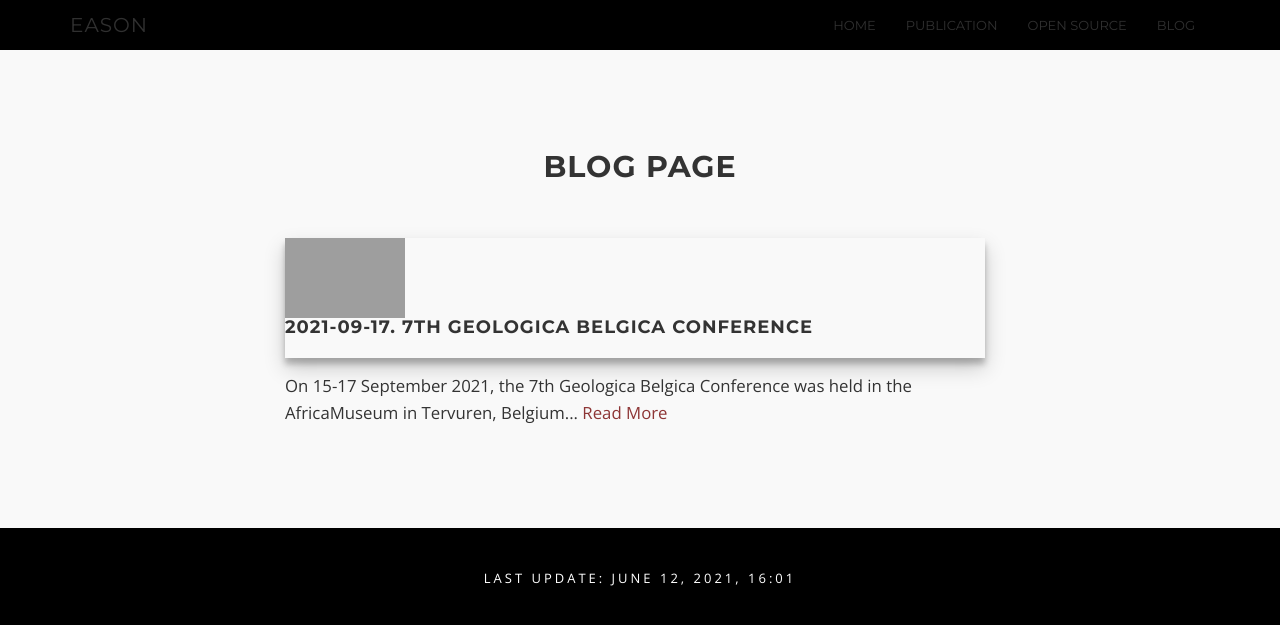
Repository: eazzzon/eazzzon.github.io
Page: blog.html
An editor plug-in stored every save of this project. The page is shown before and after the next save, followed by the edit.
The browser window is 1280 px wide. The pictures show the whole page.
Pictures or frames that could not be fetched are drawn as grey boxes.

Above is the page before, as saved 2021-09-18 00:03:32.

After the next save:
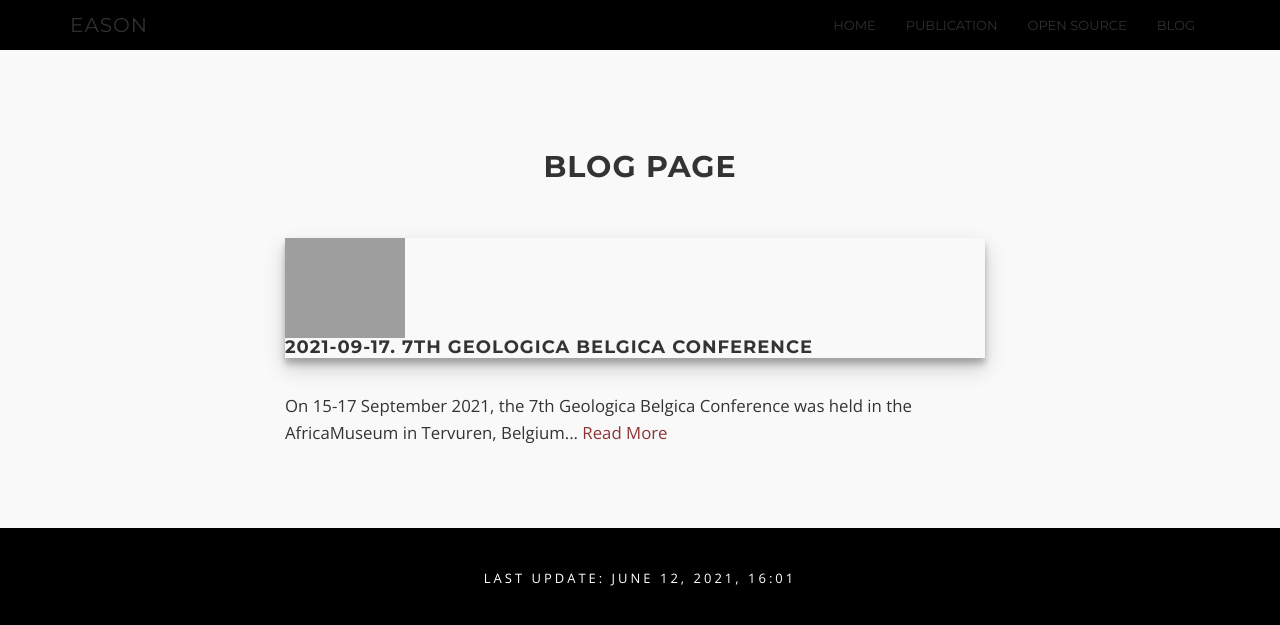
Saved 5 s later.
--- a/css/theme.css
+++ b/css/theme.css
@@ -429,7 +429,7 @@ section {
 
   .box-img {
 	width: 120px;
-	height: 80px;
+	height: 100px;
 	padding: 0px;
 	margin: 0px;
   }
